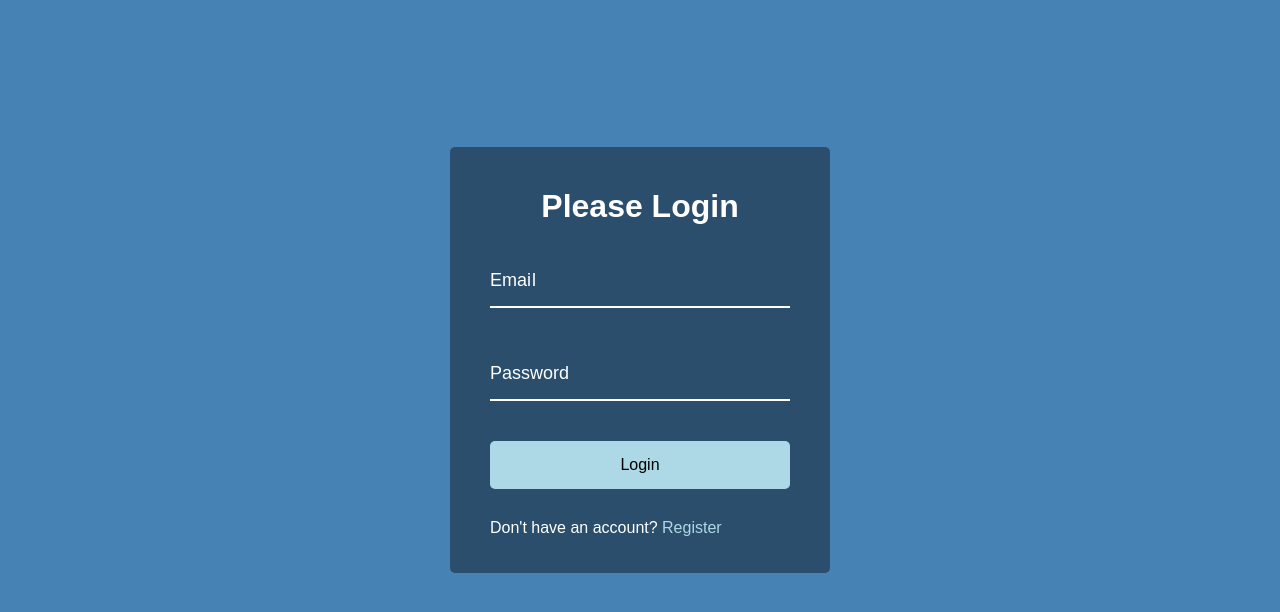
Repository: MMXiaohang/50projects50days-copy
Page: 8-form-input-wave/1-index.html
An editor plug-in stored every save of this project. The page is shown before and after the next save, followed by the edit.
The browser window is 1280 px wide. The pictures show the whole page.
Some web fonts or font styles are not loaded; a fallback is used.

Above is the page before, as saved 2022-07-11 23:28:22.

After the next save:
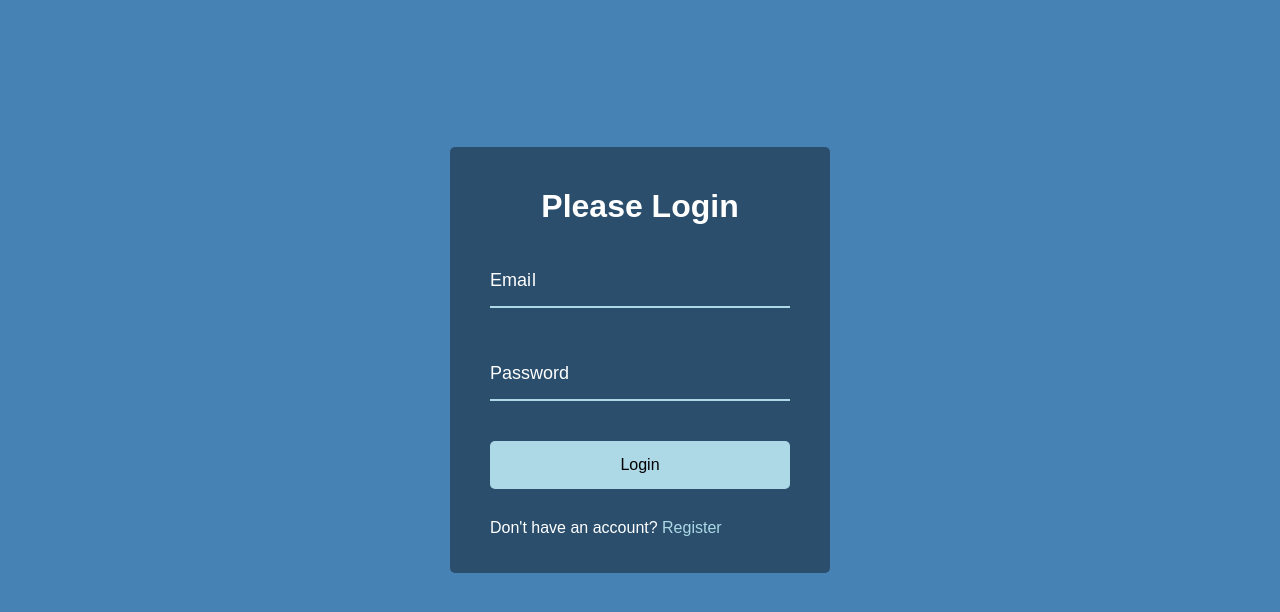
Saved 39 s later.
--- a/8-form-input-wave/1-style.css
+++ b/8-form-input-wave/1-style.css
@@ -75,7 +75,7 @@
 }
 
 .form-control input:focus,
-.form-control input:valid {
+.form-control input:invalid {
   outline: 0;
   border-bottom-color: lightblue;
 }

After the save that followed:
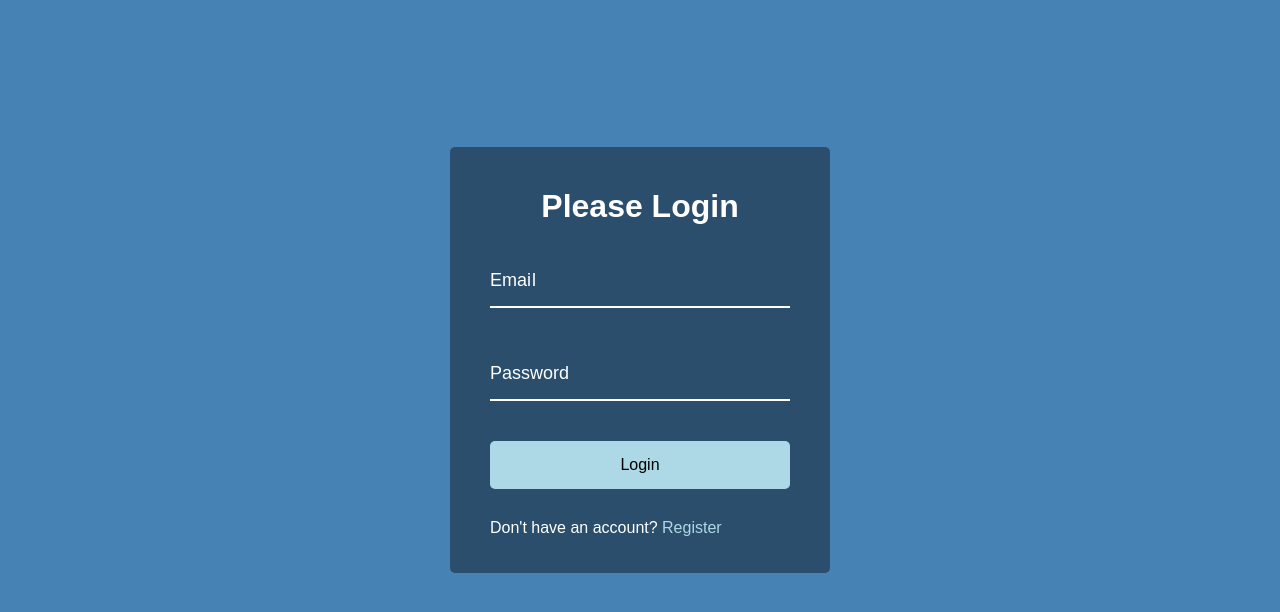
Saved 7 s later.
--- a/8-form-input-wave/1-style.css
+++ b/8-form-input-wave/1-style.css
@@ -75,7 +75,7 @@
 }
 
 .form-control input:focus,
-.form-control input:invalid {
+.form-control input:valid {
   outline: 0;
   border-bottom-color: lightblue;
 }
